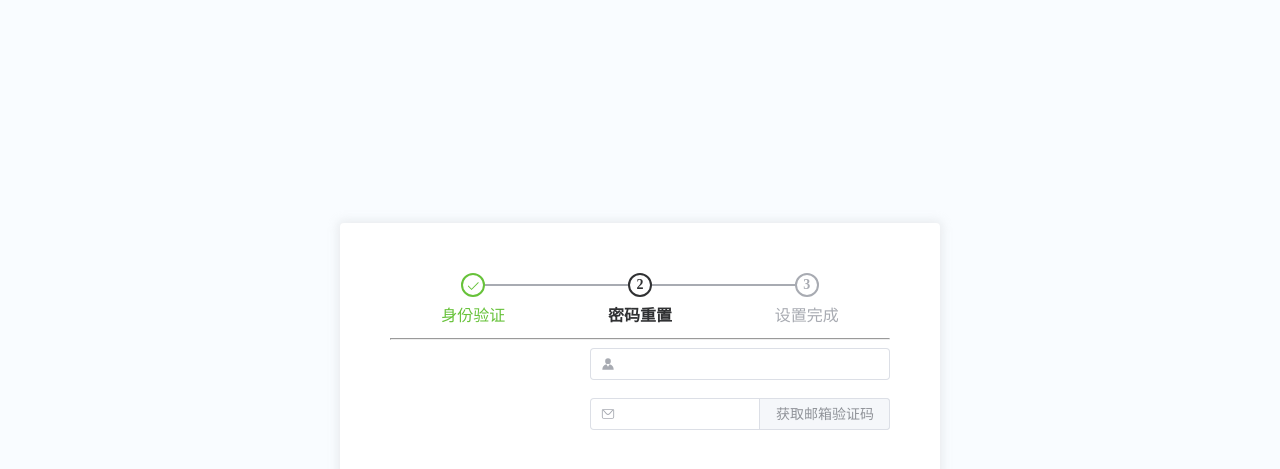
Repository: Harmony-camp/ckw-manager
Page: /#/ForgotPassword (app in manage/)
These files come from the project's save history. The page is drawn as it stood at one moment and after the next save; the edit follows.
The browser window is 1280 px wide. The pictures show the whole page.
The project was rebuilt for these pictures with package versions that can differ from the ones it lists, and the page was loaded fresh each time. Also part of the build but not shown: manage/vite.config.js.

Above is the page before, as saved 2023-05-27 10:30:32.

### manage/src/main.js
import { createApp } from 'vue'
import router from './router'
import ElementPlus from 'element-plus'
import 'element-plus/dist/index.css'
import App from './App.vue'
import store from './store'
import * as ELIcons from '@element-plus/icons-vue'
import storage from './utils/storage'

const app = createApp(App)

app.directive("has",{
	beforeMount:(el,binding)=>{

		let actionList = storage.getItem("actionList")
		let value = binding.value
		let hasPermission = actionList.includes(value)
		if(!hasPermission){
			el.style="display:none"
			setTimeout(()=>{
				el.parentNode.removeChild(el)
			},0)
		}
	}
})

for (let iconName in ELIcons) {
	app.component(iconName, ELIcons[iconName])
}

app.use(router).use(store).use(ElementPlus).mount('#app')

### manage/src/router/index.js
import { createRouter, createWebHashHistory } from 'vue-router'
import { defineAsyncComponent } from 'vue'

import storage from '../utils/storage'
import {getPermissionList} from '../api'
import utils from '../utils/utils'

const routes = [
  {
    name: "home",
    path: "/",
    component: ()=>import("../components/Home.vue"),
    redirect: "Welcome",
    meta: {
      title: "首页"
    },
    children: [
      {
        name: "welcome",
        path: "/welcome",
        meta: {
          title: "欢迎使用本系统"
        },
        component: () => import("../views/Welcome.vue")
      },
      {
        name: "profile",
        path: "/profile",
        redirect: "analysis",
        meta: {
          title: "个人中心"
        },
        component: () => import("../views/profile/index.vue"),
        children:[
          {
            name: "analysis",
            path: "/profile/analysis",
            meta: {
              title: "个人整体分析"
            },
            component: () => import("../views/profile/Analysis.vue"),
          },
          {
            name: "award-time",
            path: "/profile/award-time",
            meta: {
              title: "获奖时间"
            },
            component: () => import("../views/profile/AwardTime.vue"),
          },
        ]
      },
    ]
  },

  {
    name: "login",
    path: "/login",
    meta: {
      title: "登录"
    },
    component: () => import("../views/login/Login.vue")
  },
  {
    name: "register",
    path: "/register",
    meta: {
      title: "注册"
    },
    component: () => import("../views/login/Register.vue")
  },
  {
    name: "ForgotPassword",
    path: "/ForgotPassword",
    meta: {
      title: "注册"
    },
    component: () => import("../views/login/ForgotPassword.vue")
  },

  {
    name: "404",
    path: "/404",
    meta: {
      title: "页面不存在"
    },
    component: () => import("../views/login/404.vue")
  },

]

const router = createRouter({
  history: createWebHashHistory(),
  routes
})

async function loadAsyncRoutes(){
  let userinfo  = storage.getItem("userinfo") || {}
  if(userinfo.token){
    try{
      const {menuList} =  await getPermissionList()
      let routes = utils.generateRoute(menuList)
      routes.map(route=>{
        let url = `../views/${route.component}.vue`
        route.component =  ()=>import(/* @vite-ignore */url)
        router.addRoute("home",route)
      })
    }catch(error){
      console.log('error :>> ', error);
    }
  }
}

await loadAsyncRoutes()
function checkPermission(path){
  let routes =[]
  router.getRoutes().forEach(item=>{
    routes.push(item.path)
  })
  return routes.includes(path)
}

router.beforeEach((to,form,next)=>{
  if(checkPermission(to.path) || to.path =="/"){
    document.title = to.meta.title
    next()
  }else{
    next("/404")
  }
})

export default router

### manage/src/App.vue
<template>
  <router-view></router-view>
</template>

<script setup>

</script>

<style lang="scss">
@import './assets/style/reset.css';
@import './assets/style/index.scss';
</style>

### manage/src/store/index.js
/**
 * vuex状态管理
 */
import {createStore} from 'vuex'
import mutations from './mutations'
import storage from '../utils/storage'

const state = {
  userinfo:storage.getItem("userinfo") || {},
  menuLit:storage.getItem("menuList") || [],
  actionList :storage.getItem("actionListList") || [],
  noticeCount:0
}

export default createStore({
  state,
  mutations
})

### manage/src/utils/storage.js
/**
 * Storage二次封装
 * @author yyy
 */
import config from "../config"

export default{
  setItem(key,val){
    let storage = this.getStorage()
    storage[key] = val
    window.localStorage.setItem(config.namespace,JSON.stringify(storage))
  },
  getItem(key){
    return this.getStorage()[key]
  },
  getStorage(){
    return JSON.parse( window.localStorage.getItem(config.namespace )|| "{}")
  },
  clearItem(key){
    let storage = this.getStorage()
    delete storage[key]
    window.localStorage.setItem(config.namespace,JSON.stringify(storage))
  },
  clearAll(){
    window.localStorage.clear()
  },
}

### manage/src/api/index.js
/**
 * api管理
 */

import request from "../utils/request"

/**
 * 用户登录
 * @param {Object} params
 * @returns
 */
export  const UserLogin = (params)=>{
  return request({
      url:"/users/login",
      method:"post",
      data:params,
    })
  }

/**
 * 获取是否有信息需要处理
 * @param {Object} params
 * @returns
 */
export  const NoticeCount = (params)=>{
  return request({
    url:"/leave/count",
    method:"get",
    data:params,
    // mock:true
  })
}

/**
 * 获取菜单
 * @returns
 */
export  const MenuList = (params)=>{
  return request({
    url:"/menu/list",
    method:"get",
    data:params,
    // mock:true
  })
}

/**
 * 获取用户列表
 * @param {Object} params
 * @returns
 */

export  const GetUserList = (params)=>{
  return request({
    url:"/users/list",
    method:"get",
    data:params,
  })
}
export  const GetAllUserList = ()=>{
  return request({
    url:"/users/all/list",
    method:"get",
    // mock:true
  })
}
/**
 * 删除用户，可批量删除
 * @param {Array} params
 * @returns
 */
export  const UserDelete = (params)=>{
  return request({
    url:"/users/delete",
    method:"post",
    data:params,
    // mock:true
  })
}
/**
 * 获取角色信息
 * @returns
 */
export  const GetRoleAllList = ()=>{
  return request({
    url:"/roles/allList",
    method:"get",
    data:{},
    // mock:true
  })
}
export  const GetRoleList = (param)=>{
  return request({
    url:"/roles/list",
    method:"get",
    data:param,
    // mock:true
  })
}
/**
 * 获取部门信息
 * @returns
 */
export  const GetDeptList = (params)=>{
  return request({
    url:"/dept/list",
    method:"get",
    data:params,
    // mock:true
  })
}

/**
 * 角色增删改查
 * @param {Object} params
 * @returns
 */
export  const UserSubmit = (params)=>{
  return request({
    url:"/users/operate",
    method:"post",
    data:params,
    // mock:true
  })
}
/**
 * 菜单操作
 * @param {Object} params
 * @returns
 */
export  const MenuSubmit = (params)=>{
  return request({
    url:"/menu/operate",
    method:"post",
    data:params,
    // mock:true
  })
}

export  const RoleOperate = (params)=>{
  return request({
    url:"/roles/operate",
    method:"post",
    data:params,
    // mock:true
  })
}
export  const DeptOperate = (params)=>{
  return request({
    url:"/dept/operate",
    method:"post",
    data:params,
    // mock:true
  })
}
export  const UpdatePermission = (params)=>request({
    url:"/roles/update/permission",
    method:"post",
    data:params,
    // mock:true
})



export const getPermissionList = ()=>request.get("/users/getPermissionList")
export const GetApplyList  = params=>request.get("/leave/list",params,{mock:false})
export const LeaveOperate  = params=>request.post("/leave/operate",params,{mock:false})
export const LeaveApprove  = params=>request.post("/leave/approve",params,{mock:false})

export const dataToTestify  = params=>request.post("/teacher/createTestify",params)

//获取注册页面角色
export const getRegisterRoleList = params=>request.get("/roles/allList",params)

//获取模块分类排序数据
export const querySortList = params=>request.get("/teacher/query",params)

export const GetTeacherlList = params=>request.get("/teacher/list",params)
export const GetTeacherApprovallList = params=>request.get("/teacher/approvalList",params)

### manage/src/utils/utils.js
/**
 * 工具函数封装
 */
import {GetTeacherlList} from '../api'
export default{
  formateDate(date,rule){
    let fmt = rule || 'MM-dd hh:mm:ss'

    const o = {

      "M+":date.getMonth(),
      "d+":date.getDate(),
      "h+":date.getHours(),
      "m+":date.getMinutes(),
      "s+":date.getSeconds(),

    }
    for(let key in o){
      if(new RegExp(`(${key})`).test(fmt)){
        const val = o[key] + ''
        fmt =  fmt.replace(RegExp.$1,RegExp.$1.length==1?val:('00'+val).substring(val.length))
      }
    }
    return date.getFullYear()+"-" + fmt
  },
  generateRoute(menuList){
    let routes = []

    const deepList = (list)=>{
      while(list.length){
        let item = list.pop()
        if(item.action){
          routes.push({
            name:item.menuName,
            path:item.path,
            meta:{
              title:item.menuName
            },
            component:item.component
          })

        }
        if(item.children && !item.action){
          deepList(item.children)
        }
      }
    }
    deepList(menuList)
    return routes
  },
  async getTeacherApprovalList(action,userId){

    let res = await GetTeacherlList({action,userId})
    return res
  }
}

### manage/src/views/login/ForgotPassword.vue
<template>
  <div class="forgot-wrapper">
    <div class="modal">
      <el-steps align-center :active="active" finish-status="success">
        <el-step title="身份验证" />
        <el-step title="密码重置" />
        <el-step title="设置完成" />
      </el-steps>
      <hr />
      <div class="main">
        <div class="setIdentity" v-if="active == 1">
          <el-form label-width="200px">
            <el-form-item>
              <el-input :prefix-icon="Avatar" />
            </el-form-item>
            <el-form-item>
              <el-input :prefix-icon="Message" >
                <template #append>
                  <el-button>获取邮箱验证码</el-button>
                </template>
              </el-input>
            </el-form-item>
          </el-form>
        </div>
        <div class="setPassword" v-if="active == 2">2</div>
        <div class="success" v-if="active == 3">3</div>
      </div>
    </div>
  </div>
</template>

<script setup>
import {ref} from 'vue'
import { Avatar,Message } from "@element-plus/icons-vue";

const active = ref(1)

</script>

<style lang="scss">
.forgot-wrapper {
  display: flex;
  justify-content: center;
  align-items: center;
  background-color: #f9fcff;
  width: 100vw;
  height: 100vh;
  .modal {
    width: 600px;
    padding: 50px;
    background-color: #fff;
    border-radius: 4px;
    box-shadow: 0px 0px 10px 3px #c7c9cb4d;
  }
}
</style>

### manage/src/assets/style/index.scss
html, body {
  height: 100%;
  width: 100%;
}
*:not([class^='el-']) {
  box-sizing: border-box;
}
.white{
  background-color: #ffffff;
}
a{
  text-decoration: none;
}
.gray{
  background-color: #eef0f3;
}
.mr10{
  margin-right: 10px;
}
.mr20{
  margin-right: 20px;
}
.mb20{
  margin-bottom: 20px;
}
.m-lr10{
  margin-left: 10px;
  margin-right: 10px;
}
.p20{
  padding: 20px;
}
.pl20{
  padding-left: 20px;
}
.text-right{
  text-align: right;
}
.fr{
  float: right;
}
.flex{
  display: flex;
}
.flex-between{
  display: flex;
  justify-content: space-between;
}
.flex-center{
  display: flex;
  justify-content: center;
}
.tips{
  margin-left: 15px;
  color: #787878;
}


/*
* 公共样式
*/
.query-form {
  background-color: #ffffff;
  padding: 22px 20px 0;
  border-radius: 5px;
}
.base-table {
  border-radius: 5px;
  background: #ffffff;
  margin-top: 20px;
  margin-bottom: 20px;
  .action {
    border-radius: 5px 5px 0px 0px;
    background: #ffffff;
    padding: 20px;
    border-bottom: 1px solid #ece8e8;
  }
  .el-pagination{
     justify-content: flex-end;
     padding-right: 20px;
     padding-top: 20px;
     padding-bottom: 5px;
  }

}

### manage/src/store/mutations.js
/**
 * Mutations业务层数据提交
 */


import storage from "../utils/storage";

export default {
  saveUserInfo(state,userinfo){
    state.userinfo = userinfo;
    storage.setItem("userinfo",userinfo)
  },
  saveMenuList(state,menuList){
    state.menuList = menuList;
    storage.setItem("menuList",menuList)
  },
  saveActionList(state,actionList){
    state.actionList = actionList;
    storage.setItem("actionList",actionList)
  },
  saveNoticeCount(state,noticeCount){
    state.noticeCount = noticeCount;
    storage.setItem("noticeCount",noticeCount)
  },
}

### manage/src/config/index.js

const env = import.meta.env.MODE || "prod";

const EnvConfig = {
  dev:{
    baseApi:"/api",
    mockApi:"https://www.fastmock.site/mock/fa4c18963ab634ec12a063962937ba52/api"
  },
  test:{
    baseApi:"https://www.fastmock.site/mock/fa4c18963ab634ec12a063962937ba52/api",
    mockApi:"https://www.fastmock.site/mock/fa4c18963ab634ec12a063962937ba52/api"
  },
  prod:{
    baseApi:"/api",
    mockApi:"https://www.fastmock.site/mock/fa4c18963ab634ec12a063962937ba52/api"
  }
}

export default{
  env:"dev",
  mock:false,
  namespace:'manage',
  ...EnvConfig[env]
}

### manage/src/utils/request.js
/**
 * axios二次封装
 */

import axios from 'axios'
import {ElMessage} from 'element-plus'
import router from '../router'
import config from '../config'
import storage from './storage'
const TOKEN_INVALID = "token认证失败，请从新登陆"
const NETWORK_ERROR = "网络请求异常，请稍后重试"

//TODO axios实例对象，添加全局配置
const service = axios.create({
  baseURL:config.baseApi,
  timeout:8000
})


service.interceptors.request.use(req=>{

  //TODO 封装请求拦截
  const headers = req.headers;
  const {token} = storage.getItem("userinfo") || {}
  if(!headers.Authorization) headers.Authorization = "Bearer "  + token
  return req

})


service.interceptors.response.use(res=>{
  const {code,data,msg} = res.data;
  if(code === 200) return data;
  else if(code === 50001){
    ElMessage.error(TOKEN_INVALID)
    setTimeout(()=>{
      router.push('/login')
      return Promise.reject(TOKEN_INVALID)
    },1500)
  }else{
    ElMessage.error(msg|| NETWORK_ERROR)
    return Promise.reject(msg||NETWORK_ERROR)
  }

})


/**
 * 请求核心参数
 * @param {*} options 请求配置
 * @returns
 */

function request(options){
  options.method = options.method || "get"
  if(options.method.toLowerCase() === 'get'){
    options.params = options.data;
  }
  let isMock  = config.mock
  if(typeof options.mock != "undefined") isMock = options.mock
  if(config.env === 'prod'){
    service.defaults.baseURL = config.baseApi
  }else{
    service.defaults.baseURL = isMock? config.mockApi:config.baseApi
  }
  return service(options)
}

["get","post","put","delete",'patch'].forEach(item=>{
  request[item] = (url,data,options)=>{
    return request({
      url,
      data,
      method:item,
      ...options
    })
  }
})

export default request

Loaded but not shown: manage/index.html (common file); manage/src/assets/style/reset.css (common file)

After the next save:
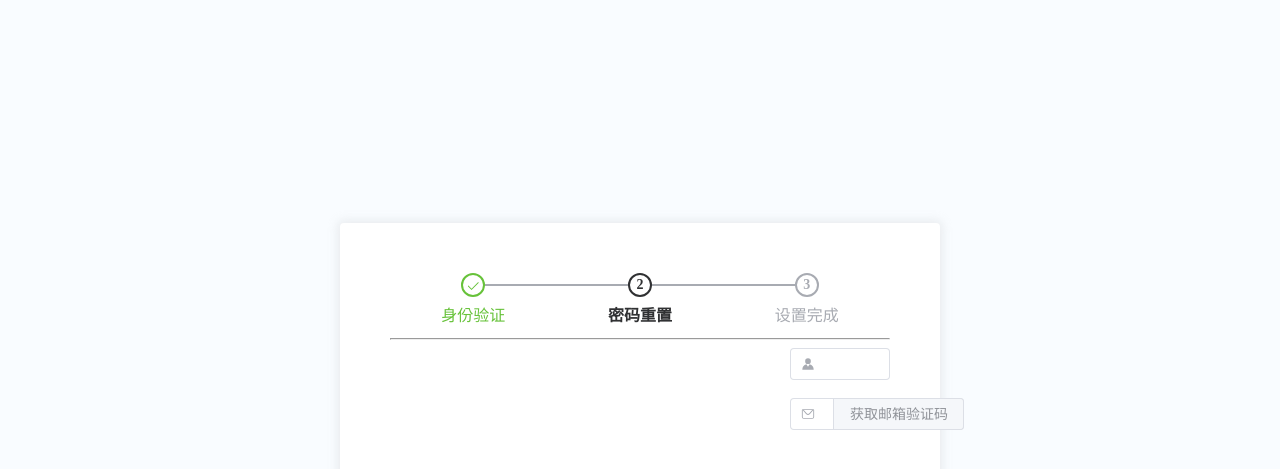
Saved 10 s later.
--- a/manage/src/views/login/ForgotPassword.vue
+++ b/manage/src/views/login/ForgotPassword.vue
@@ -9,7 +9,7 @@
       <hr />
       <div class="main">
         <div class="setIdentity" v-if="active == 1">
-          <el-form label-width="200px">
+          <el-form label-width="400px">
             <el-form-item>
               <el-input :prefix-icon="Avatar" />
             </el-form-item>
